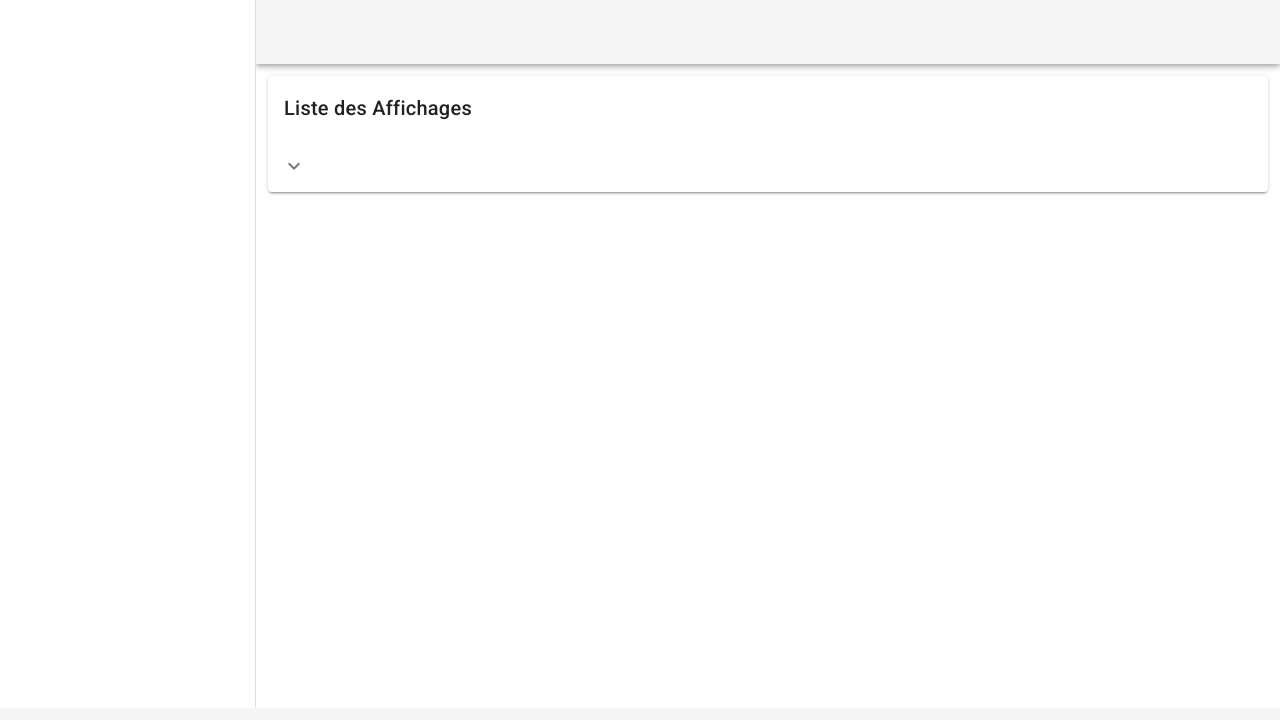
Repository: Hamagistral/BannerApp-Vue
Page: /
These files come from the project's save history. The page is drawn as it stood at one moment and after the next save; the edit follows.
The browser window is 1280 px wide. The pictures show the whole page.
The project was rebuilt for these pictures with package versions that can differ from the ones it lists, and the page was loaded fresh each time. Also part of the build but not shown: vue.config.js. Imported but missing from the stored project, and not drawn on this page: src/DynamicPage.vue.

Above is the page before, as saved 2023-02-07 01:09:51.

### public/index.html
<!DOCTYPE html>
<html lang="en">
  <head>
    <meta charset="utf-8">
    <meta http-equiv="X-UA-Compatible" content="IE=edge">
    <meta name="viewport" content="width=device-width,initial-scale=1.0">
    <link rel="icon" href="<%= BASE_URL %>favicon.ico">
    <title>Banner App</title>
    <link rel="stylesheet" href="https://fonts.googleapis.com/css?family=Roboto:100,300,400,500,700,900">
    <link rel="stylesheet" href="https://cdn.jsdelivr.net/npm/@mdi/font@latest/css/materialdesignicons.min.css">
  </head>
  <body>
    <noscript>
      <strong>We're sorry but Banner App doesn't work properly without JavaScript enabled. Please enable it to continue.</strong>
    </noscript>
    <div id="app"></div>
    <!-- built files will be auto injected -->
  </body>
</html>

### src/App.vue
<template>
  <v-app>
  <v-navigation-drawer app>
    <!-- -->
  </v-navigation-drawer>

  <v-app-bar app>
    <!-- -->
  </v-app-bar>

  <!-- Sizes your content based upon application components -->
  <v-main>

    <!-- Provides the application the proper gutter -->
    <v-container fluid>

      <!-- If using vue-router -->
      <router-view></router-view>
    </v-container>
  </v-main>

  <v-footer app>
    <!-- -->
  </v-footer>
</v-app>
</template>

<script>

export default {
  name: "App",
  components: {},
};
</script>

### src/router/index.js
import Vue from 'vue'
import VueRouter from 'vue-router'
import DynamicPage from '../DynamicPage.vue'
import Home from "../Home";

Vue.use(VueRouter)

const routes = [
  {
    path: '/',
    name: 'home',
    component: Home
  },
  {
    path: '/dynamicPage',
    name: 'dynamicPage',
    component: DynamicPage
  },

]

const router = new VueRouter({
  routes
})

export default router

### src/Home.vue
<template>
  <div class="text-center">
    <v-dialog v-model="dialog" width="800" persistent>
      <template v-slot:activator="{ on, attrs }">
        <v-card class="mx-auto" max-width="1000">

            <v-card-title color="warning" text>Liste des Affichages</v-card-title >

            <v-spacer></v-spacer>

          <v-card-actions>
            <v-btn icon @click="show = !show">
              <v-icon>{{
                show ? "mdi-chevron-up" : "mdi-chevron-down"
              }}</v-icon>
            </v-btn>
          </v-card-actions>

          <v-expand-transition>
            <div v-show="show">
              <v-divider></v-divider>
              <v-select
                class="my-4 mx-8"
                :items="items"
                label="Select Interface"
                dense
                solo
              ></v-select>

              <v-btn class="ma-2 mb-8" color="warning" v-bind="attrs" v-on="on">
                Nouvelle Interface
              </v-btn>

              <v-btn class="ma-2 mb-8" color="success" to="/dynamicPage">
                Afficher
              </v-btn>

              <v-btn class="ma-2 mb-8" color="error" v-bind="attrs" v-on="on">
                Modifier
              </v-btn>
            </div>
          </v-expand-transition>
        </v-card>
      </template>

      <v-card>
        <v-card-title class="text-h5 grey lighten-2">
          Add Interfaces
        </v-card-title>

        <v-tabs>
          <v-tab>Créer un nouvelle Interface</v-tab>
          <v-tab-item>
            <v-divider></v-divider>
            <v-divider></v-divider>
            <v-divider></v-divider>
            <v-divider></v-divider>
            <v-divider></v-divider>
            <v-divider></v-divider>
            <v-divider></v-divider>
            <v-divider></v-divider>
            <v-divider></v-divider>
            <v-row align="center" justify="space-around">
              <v-col cols="12" sm="6" md="4">
                <v-text-field dense label="Nom Interface" v-model="newItem"></v-text-field
                ></v-col
              ><v-btn tile color="success" v-on:click="items.push(newItem)" @click="dialog = false">
                  <v-icon left> mdi-pencil </v-icon>
                  Créer
                </v-btn></v-row
            >
          </v-tab-item>
          <v-tab>Importer une Interface</v-tab>
          <v-tab-item>Test</v-tab-item>
        </v-tabs>

        <v-divider></v-divider>
        <v-card-actions>
          <v-spacer></v-spacer>
          <v-btn color="primary" text @click="dialog = false"> Fermer </v-btn>
        </v-card-actions>
      </v-card>
    </v-dialog>
  </div>
</template>





<script>


export default {
  components: {
  },

  data() {
    return {
      newItem: "",
      show: false,
      dialog: false,
      items: ["Interface 1", "Interface 2", "Interface 3", "Interface 4"],
    };
  },
};
</script>

Loaded but not shown: src/main.js (common file); src/store/index.js (common file); src/plugins/vuetify.js (common file)

After the next save:
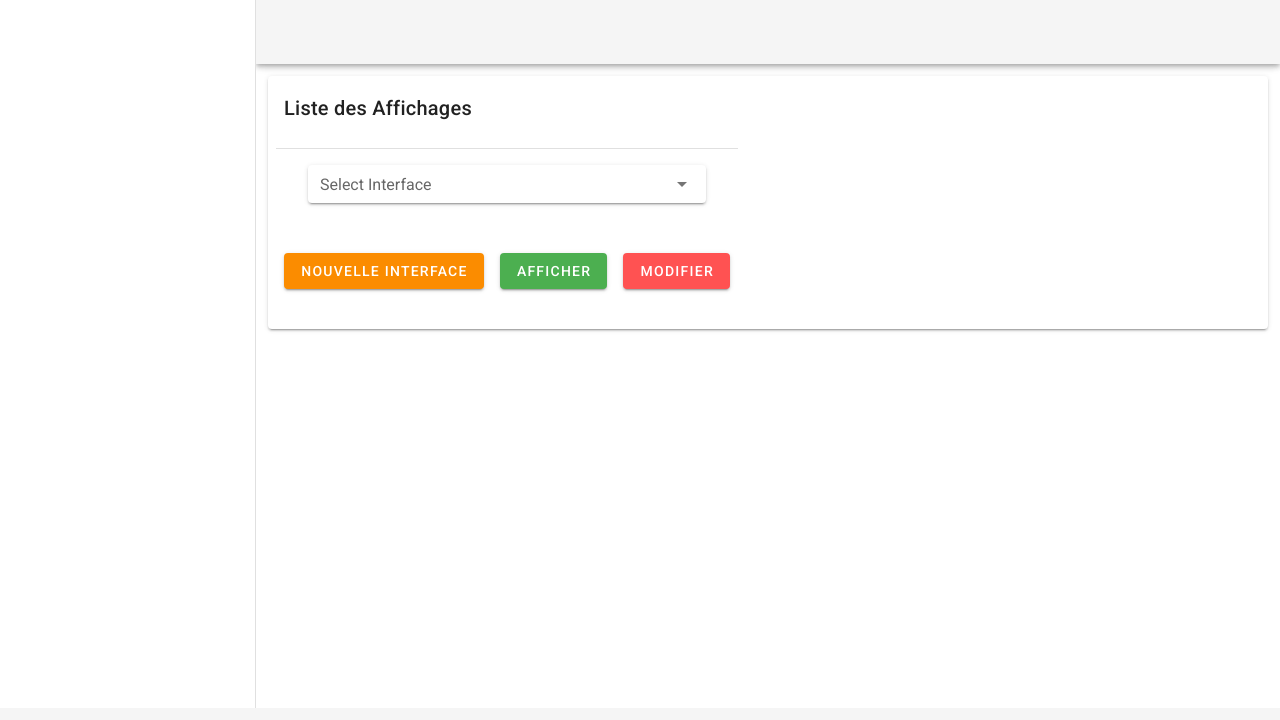
Saved 40 s later.
--- a/src/Home.vue
+++ b/src/Home.vue
@@ -8,38 +8,30 @@
 
             <v-spacer></v-spacer>
 
-          <v-card-actions>
-            <v-btn icon @click="show = !show">
-              <v-icon>{{
-                show ? "mdi-chevron-up" : "mdi-chevron-down"
-              }}</v-icon>
-            </v-btn>
-          </v-card-actions>
+            <v-card-actions>
+              <div>
+                <v-divider></v-divider>
+                <v-select
+                  class="my-4 mx-8"
+                  :items="items"
+                  label="Select Interface"
+                  dense
+                  solo
+                ></v-select>
 
-          <v-expand-transition>
-            <div v-show="show">
-              <v-divider></v-divider>
-              <v-select
-                class="my-4 mx-8"
-                :items="items"
-                label="Select Interface"
-                dense
-                solo
-              ></v-select>
+                <v-btn class="ma-2 mb-8" color="warning" v-bind="attrs" v-on="on">
+                  Nouvelle Interface
+                </v-btn>
 
-              <v-btn class="ma-2 mb-8" color="warning" v-bind="attrs" v-on="on">
-                Nouvelle Interface
-              </v-btn>
+                <v-btn class="ma-2 mb-8" color="success" to="/dynamicPage">
+                  Afficher
+                </v-btn>
 
-              <v-btn class="ma-2 mb-8" color="success" to="/dynamicPage">
-                Afficher
-              </v-btn>
-
-              <v-btn class="ma-2 mb-8" color="error" v-bind="attrs" v-on="on">
-                Modifier
-              </v-btn>
-            </div>
-          </v-expand-transition>
+                <v-btn class="ma-2 mb-8" color="error" v-bind="attrs" v-on="on">
+                  Modifier
+                </v-btn>
+              </div>
+            </v-card-actions>
         </v-card>
       </template>
 
